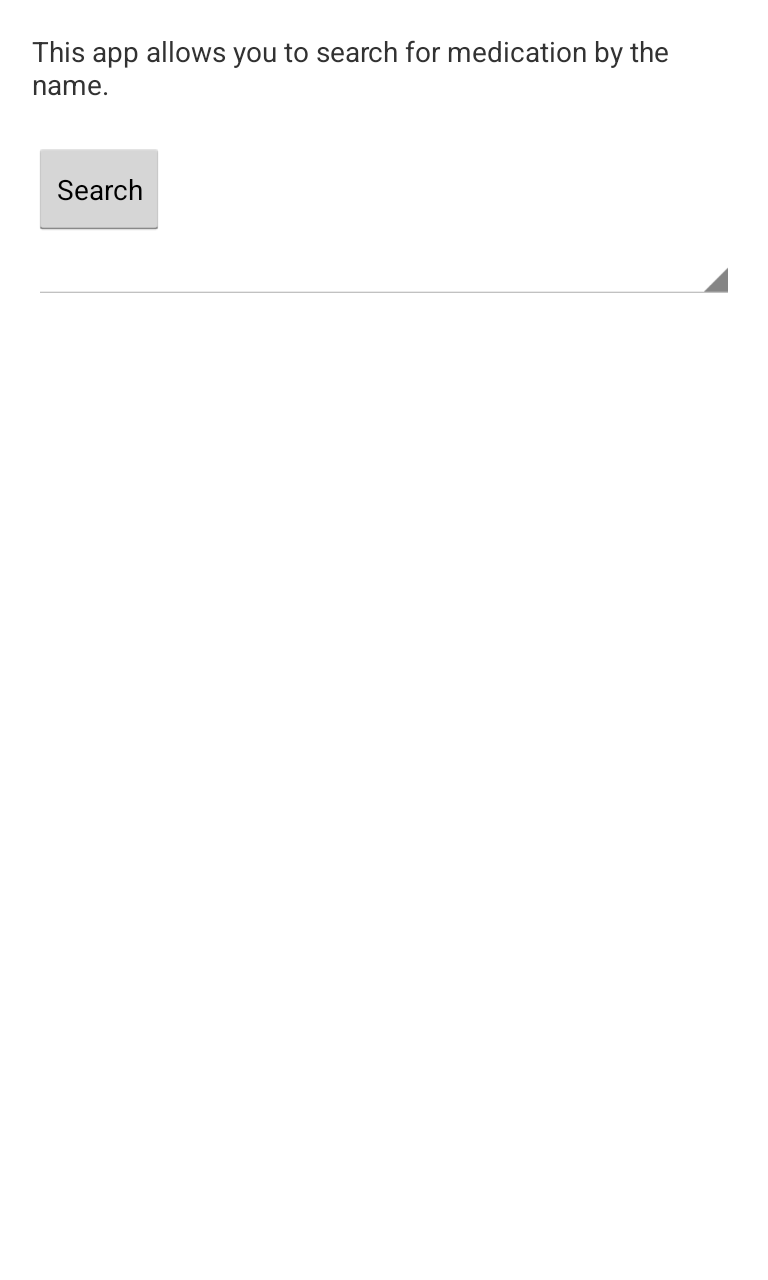
Repository: rosingrr/software-engineering
Layout: app/SympMeds/res/layout/activity_main.xml
An editor plug-in stored every save of this project. The layout is shown before and after the next save, followed by the edit.
It is drawn on a 768 x 1280 px phone screen (xhdpi) without system bars, with theme AppTheme; the app's code is not run.

Above is the layout before, as saved 2013-06-13 02:19:42.

After the next save:
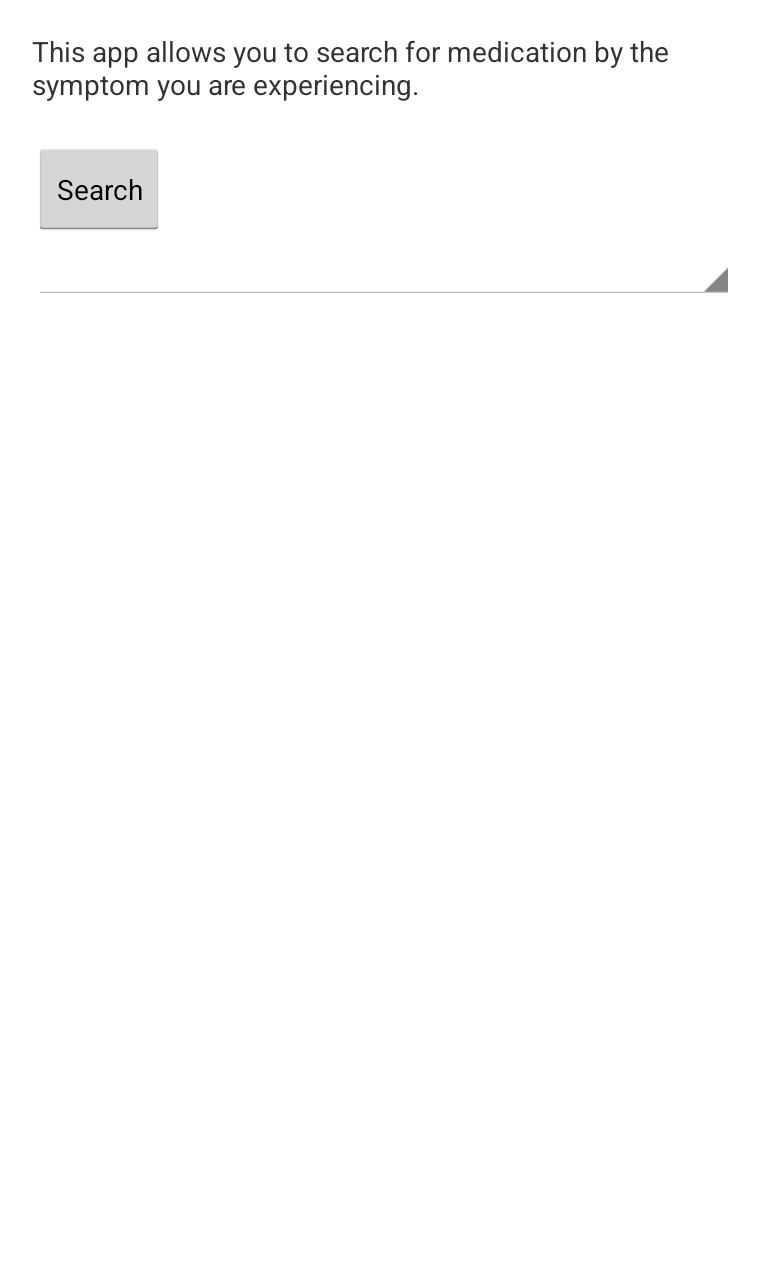
Saved 16 min 1 s later.
--- a/app/SympMeds/res/values/strings.xml
+++ b/app/SympMeds/res/values/strings.xml
@@ -3,7 +3,7 @@
 
     <string name="app_name">SympMeds</string>
     <string name="action_settings">Settings</string>
-    <string name="description">This app allows you to search for medication by the name.</string>
+    <string name="description">This app allows you to search for medication by the symptom you are experiencing.</string>
     <string name="med_name">enter name of medication</string>
     <string name="search">Search</string>
     <string name="symptom_selector">select the symptom</string>
